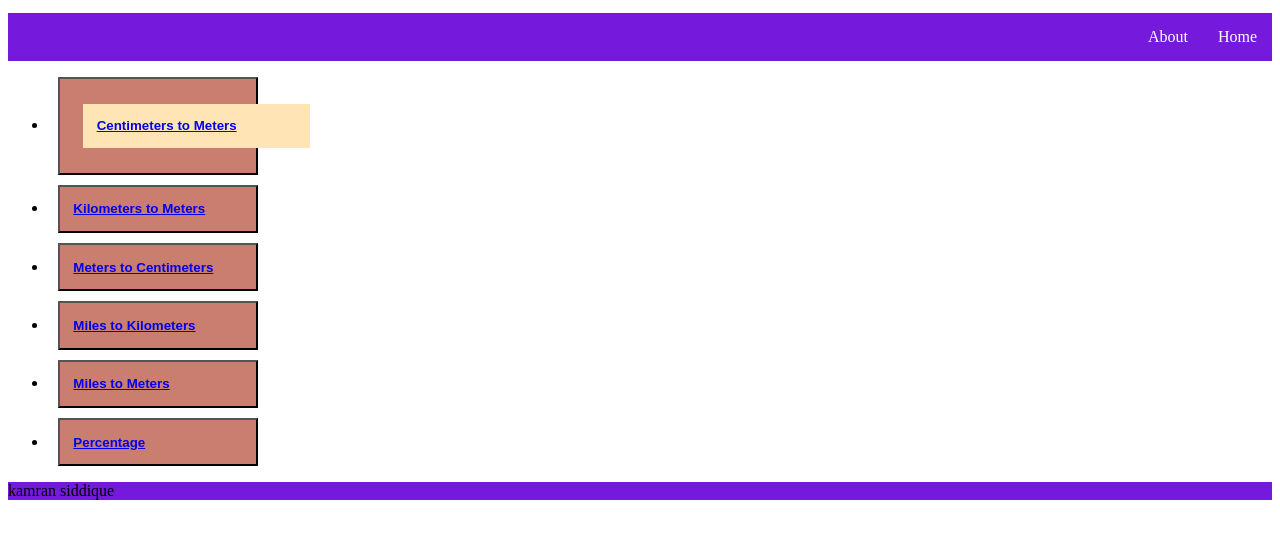
Repository: Kamrangujjar85112/Length-Converter
Page: html/home.html
These files come from the project's save history. The page is drawn as it stood at one moment and after the next save; the edit follows.
The browser window is 1280 px wide. The pictures show the whole page.
The pointer rests on the first visible `button a`.

Above is the page before, as saved 2022-01-21 03:16:04.

### html/home.html
<!-- home -->
<!DOCTYPE html>
<html lang="en">
<head>
    <meta charset="UTF-8">
    <meta http-equiv="X-UA-Compatible" content="IE=edge">
    <meta name="viewport" content="width=device-width, initial-scale=1.0">
    <title>Home</title>
    <link rel="stylesheet" href="../css/style.css">

</head>
<body>
   <div class="header">
        <nav>
            <ul class="nav-ul">
                <li class="nav-li"><a href="#home">Home</a></li>
                <li class="nav-li"><a href="#about">About</a></li>
            </ul>
        </nav>
   </div>
   <div class="container">
       <ul>
           <li class="link">
               <button><a href="cm_km.html">Centimeters to Meters</a></button>
           </li>
           <li class="link">
               <button><a href="km_m.html">Kilometers to Meters</a></button>
           </li>
           <li class="link">
               <button><a href="m_cm.html">Meters to Centimeters</a></button>
           </li>
           <li class="link">
               <button><a href="mi_km.html">Miles to Kilometers</a></button>
           </li>
           <li class="link">
               <button><a href="mi_m.html">Miles to Meters</a></button>
           </li>
           <li class="link">
               <button><a href="percentage.html">Percentage</a></button>
           </li>
       </ul>
   </div>
   <div class="footer">
        <p>kamran siddique</p>
   </div>



</body>
</html>

### css/style.css
  body{
    padding-top: 5px;
    padding-bottom: 40px;
}
.header{
    top: 0;
    width: 100%;
    margin: 0;
    position: relative;

}
.nav-ul{
    list-style-type: none;
    margin: 0;
    padding: 30;
    overflow: hidden;
    background: rgb(117, 26, 221);
  }

  .nav-li {
    float: right;
    align-items: inherit;
  }

  .nav-li a {
    display: block;
    color: rgb(255, 255, 255);
    text-align:justify;
    padding: 15px 15px;
    text-decoration: none;
  }
  button {
    margin: 10px;
	padding: 1.1em 1em;
	font-weight:bold;
    width:200px;
    display: block;
    text-align:justify;
    background-color: #CA7E6F;
}
    button a:hover{
        background-color: moccasin;
        margin: 10px;
        padding: 1.1em 1em;
        width:200px;
        display: block;
        text-align:justify;
    }



  /* Change the link color to #111 (black) on hover */
  .nev-li a:hover {
    background-color: #CA7E6F;
  }
.footer{
    bottom: 0;
    width: 100%;
    position:relative;
    background: rgb(117, 26, 221);
}
/* Some more styles to beutify this example */

After the next save:
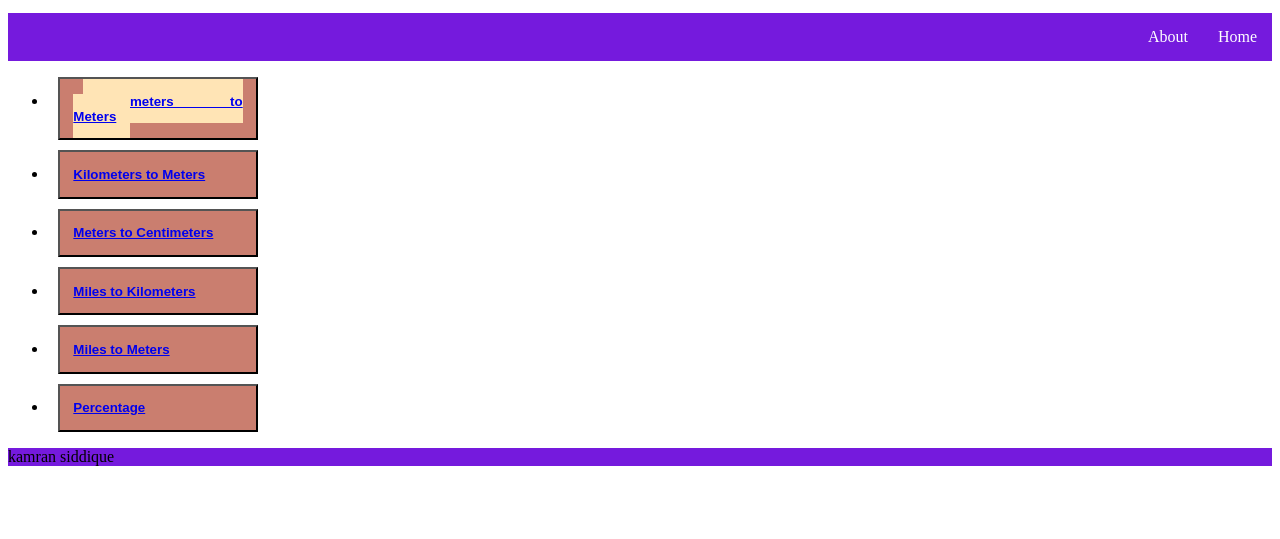
Saved 13 s later.
--- a/css/style.css
+++ b/css/style.css
@@ -42,8 +42,8 @@
         background-color: moccasin;
         margin: 10px;
         padding: 1.1em 1em;
+        font-weight:bold;
         width:200px;
-        display: block;
         text-align:justify;
     }
 
